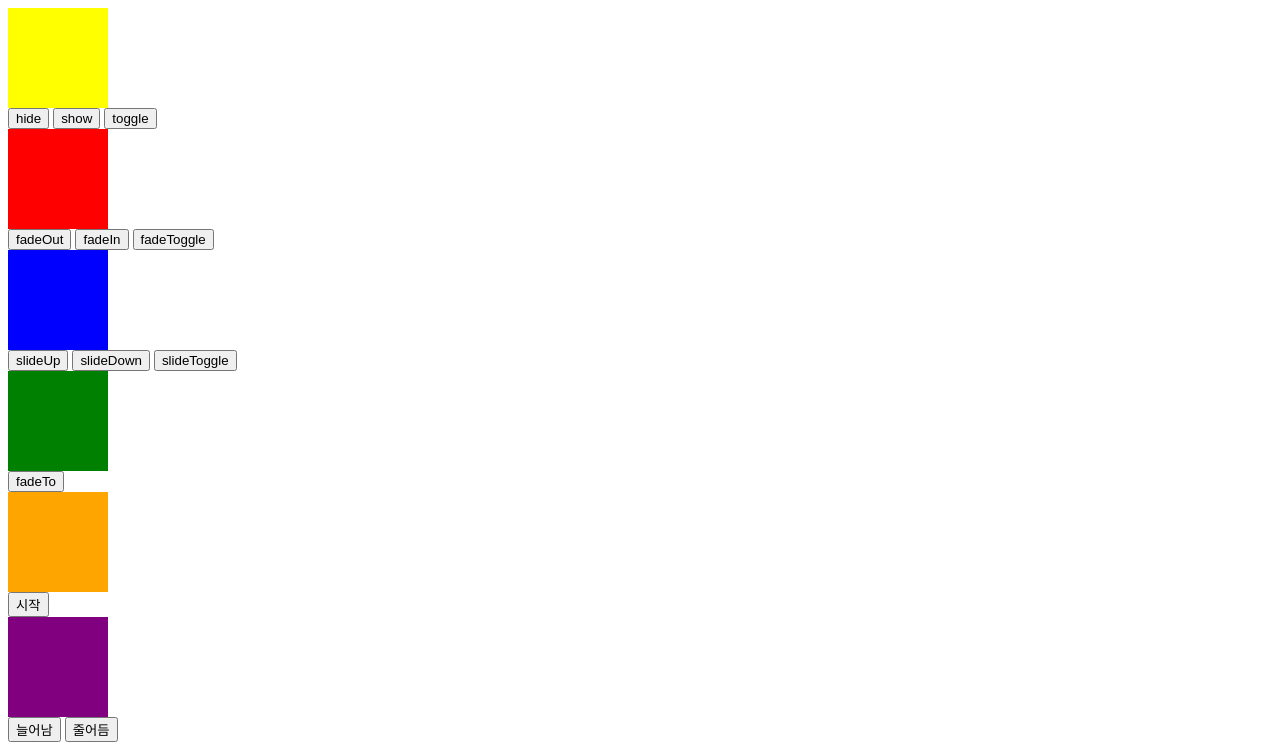
Repository: mjh1583/Hustar03_eGov
Page: http://localhost/JavaScript/js011.jsp
The author's editor kept a copy of each file at every save. The page is drawn from the files as they stood at one save, then again after the next save.
The browser window is 1280 px wide. The pictures show the whole page.
The page is served by Tomcat 9.

Above is the page before, as saved 2021-05-07 01:38:42.

### workspace/JavaScript/src/main/webapp/js011.jsp
<%@ page language="java" contentType="text/html; charset=UTF-8"
    pageEncoding="UTF-8"%>
<!DOCTYPE html>
<html>
<head>
	<meta charset="UTF-8">
	<title>animation</title>
</head>
<body>
	<div>
		<div id="div1" style="width: 100px; height: 100px; background-color: yellow;"></div>
		<input type="button" id="btn1_1" value="hide"/>
		<input type="button" id="btn1_2" value="show"/>
		<input type="button" id="btn1_3" value="toggle"/>
	</div>

	<div>
		<div id="div2" style="width: 100px; height: 100px; background-color: red;"></div>
		<input type="button" id="btn2_1" value="fadeOut"/>
		<input type="button" id="btn2_2" value="fadeIn"/>
		<input type="button" id="btn2_3" value="fadeToggle"/>
	</div>

	<div>
		<div id="div3" style="width: 100px; height: 100px; background-color: blue;"></div>
		<input type="button" id="btn3_1" value="slideUp"/>
		<input type="button" id="btn3_2" value="slideDown"/>
		<input type="button" id="btn3_3" value="slideToggle"/>
	</div>

	<div>
		<div id="div4" style="width: 100px; height: 100px; background-color: green;"></div>
		<input type="button" id="btn4_1" value="fadeTo"/>
	</div>

	<div>
		<div id="div5" style="width: 100px; height: 100px; background-color: orange;"></div>
		<input type="button" id="btn5_1" value="시작"/>
	</div>

	<div>
		<div id="div6" style="width: 100px; height: 100px; background-color: purple;"></div>
		<input type="button" id="btn6_1" value="늘어남"/>
		<input type="button" id="btn6_2" value="줄어듬"/>
	</div>



	<script src="https://code.jquery.com/jquery-3.6.0.js"></script>
	<script type="text/javascript">
		$('#btn1_1').bind('click', function() {
			$('#div1').hide(1000); //1000 : 1초 만에 숨김
		});

		$('#btn1_2').bind('click', function() {
			$('#div1').show(2000);
		});

		$('#btn1_3').bind('click', function() {
			$('#div1').toggle(500);
		});

		/* fade--- : 서서히 사라지거나 나타남 */
		$('#btn2_1').bind('click', function() {
			$('#div2').fadeOut();
		});

		$('#btn2_2').bind('click', function() {
			$('#div2').fadeIn();
		});

		$('#btn2_3').bind('click', function() {
			$('#div2').fadeToggle();
		});

		/* slide--- : 미끄러지듯 사라지거나 나타남 */
		$('#btn3_1').bind('click', function() {
			$('#div3').slideUp();
		});

		$('#btn3_2').bind('click', function() {
			$('#div3').slideDown();
		});

		$('#btn3_3').bind('click', function() {
			$('#div3').slideToggle();
		});

		/* fadeTo : 어느정도 사라질지 직접 결정 */
		$('#btn4_1').bind('click', function() {
			$('#div4').fadeTo(1000, 0.5, function() { //time, opacity(투명도), function
				alert("완료되었습니다.");
			});
		});

		/* 깜박이게 만듦 */
		$('#btn5_1').bind('click', function() {
			fn_hide();
		});

		function fn_hide() {
			$('#div5').fadeTo(500, 0, function() {
				fn_show();
			})
		}

		function fn_show() {
			$('#div5').fadeTo(500, 1, function() {
				fn_hide();
			})
		}

		/* animate : {css}, time, option, function */
		$('#btn6_1').bind('click', function() {
			$('#div6').animate({width: '1000px'}, 1000, 'linear', function() {

			});
		});

		$('#btn6_2').bind('click', function() {
			$('#div6').animate({width: '100px'}, 1000, 'linear', function() {

			});
		});
	</script>
</body>
</html>

After the next save:
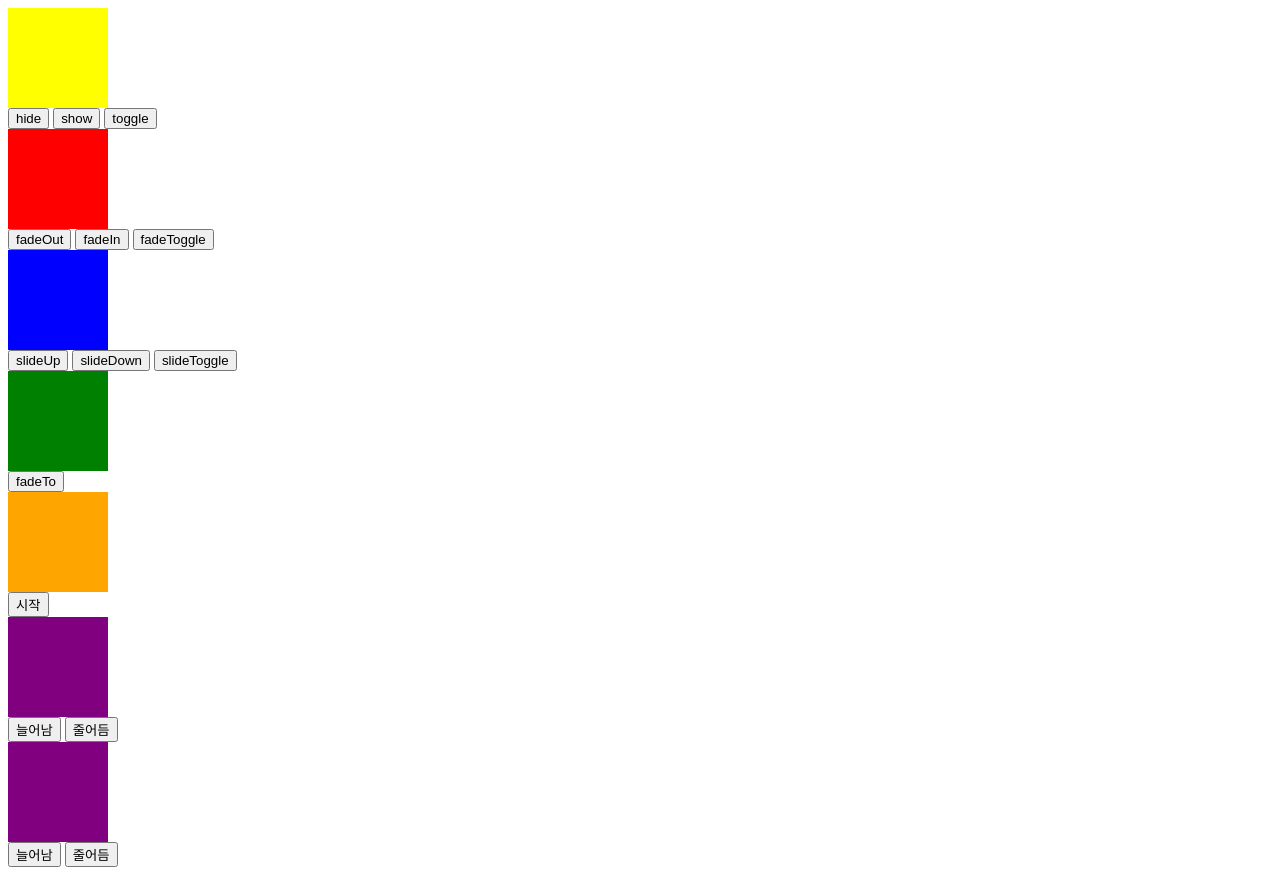
Saved 2 min 55 s later.
--- a/workspace/JavaScript/src/main/webapp/js011.jsp
+++ b/workspace/JavaScript/src/main/webapp/js011.jsp
@@ -42,6 +42,12 @@
 		<div id="div6" style="width: 100px; height: 100px; background-color: purple;"></div>
 		<input type="button" id="btn6_1" value="늘어남"/>
 		<input type="button" id="btn6_2" value="줄어듬"/>
+	</div>
+
+	<div>
+		<div id="div7" style="width: 100px; height: 100px; background-color: purple;"></div>
+		<input type="button" id="btn7_1" value="늘어남"/>
+		<input type="button" id="btn7_2" value="줄어듬"/>
 	</div>
 
 
